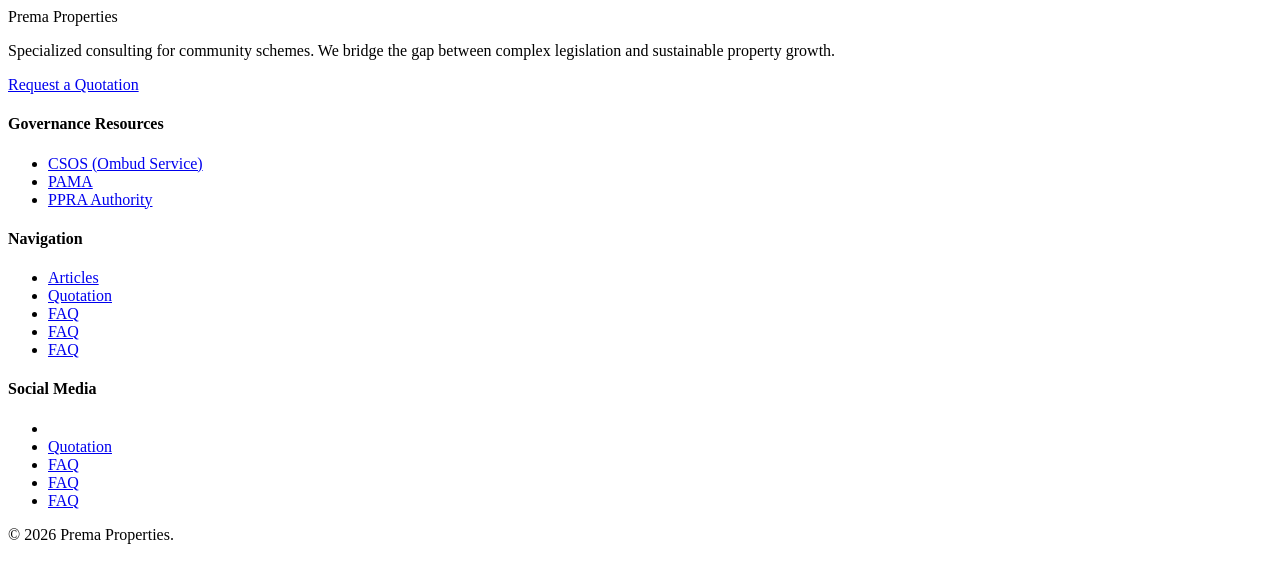
Repository: mnqobiMenzi/Prema-Properties
Page: footer.html
These files come from the project's save history. The page is drawn as it stood at one moment and after a run of saves; the edit follows.
The browser window is 1280 px wide. The pictures show the whole page.

Above is the page before, as saved 2026-02-10 12:17:11.

### footer.html
<!DOCTYPE html>
<html lang="en">
<head>
    <meta charset="UTF-8">
    <meta name="viewport" content="width=device-width, initial-scale=1.0">
    <title>Document</title>
</head>
<body>
    <footer class="main-footer">
  <div class="container footer-grid">
    <div class="footer-column brand-info">
      <div class="logo">Prema Properties</div>
      <p>Specialized consulting for community schemes. We bridge the gap between complex legislation and sustainable property growth.</p>
      <a href="quote.html" class="footer-cta-btn">Request a Quotation</a>
    </div>

    <div class="footer-column">
      <h4>Governance Resources</h4>
      <ul>
        <li><a href="https://www.csos.org.za/" target="_blank">CSOS (Ombud Service)</a></li>
        <li><a href="https://www.pama.org.za/" target="_blank">PAMA</a></li>
        <li><a href="https://www.eaab.org.za/" target="_blank">PPRA Authority</a></li>
      </ul>
    </div>

    <div class="footer-column">
      <h4>Navigation</h4>
      <ul>
        <li><a href="articles.html">Articles</a></li>
        <li><a href="quote.html">Quotation</a></li>
        <li><a href="FAQ.html">FAQ</a></li>
        <li><a href="about-us.html">FAQ</a></li>
        <li><a href="contact-us.html">FAQ</a></li>
      </ul>
    </div>
     <div class="footer-column">
      <h4>Social Media</h4>
      <ul>
        <li><a href="#"><iclass="fa fa-facebook" aria-hidden="true"></i></a></li>
        <li><a href="quote.html">Quotation</a></li>
        <li><a href="FAQ.html">FAQ</a></li>
        <li><a href="about-us.html">FAQ</a></li>
        <li><a href="contact-us.html">FAQ</a></li>
      </ul>
    </div>
  </div>
  <div class="footer-bottom">
    <div class="container"><p>&copy; 2026 Prema Properties.</p></div>
  </div>
</footer>
</body>
</html>

After the next 2 saves:
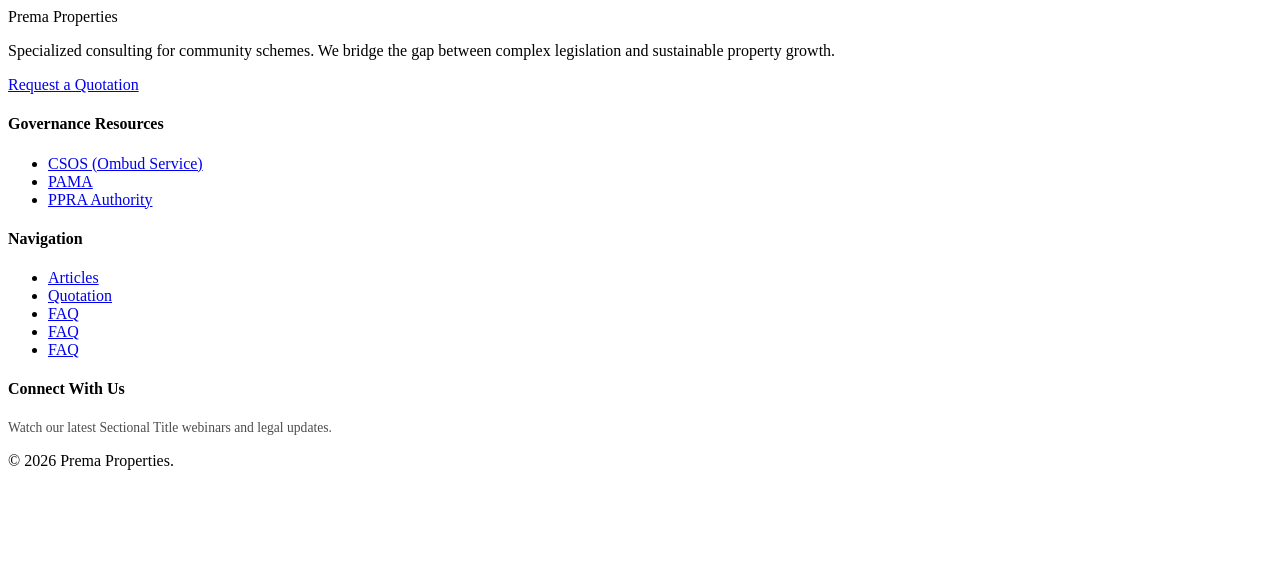
The 2 saves are shown as one change because they came seconds apart.
The last was saved 71 s later.
--- a/footer.html
+++ b/footer.html
@@ -33,16 +33,19 @@
         <li><a href="contact-us.html">FAQ</a></li>
       </ul>
     </div>
-     <div class="footer-column">
-      <h4>Social Media</h4>
-      <ul>
-        <li><a href="#"><iclass="fa fa-facebook" aria-hidden="true"></i></a></li>
-        <li><a href="quote.html">Quotation</a></li>
-        <li><a href="FAQ.html">FAQ</a></li>
-        <li><a href="about-us.html">FAQ</a></li>
-        <li><a href="contact-us.html">FAQ</a></li>
-      </ul>
-    </div>
+    <div class="footer-column">
+  <h4>Connect With Us</h4>
+  <p style="font-size: 0.85rem; margin-bottom: 15px; opacity: 0.7;">
+    Watch our latest Sectional Title webinars and legal updates.
+  </p>
+  <div class="social-icons">
+    <a href="#" target="_blank" title="Facebook"><i class="bi bi-facebook"></i></a>
+    <a href="#" target="_blank" title="LinkedIn"><i class="bi bi-linkedin"></i></a>
+    <a href="#" target="_blank" title="YouTube"><i class="bi bi-youtube"></i></a>
+    <a href="#" target="_blank" title="X (Twitter)"><i class="bi bi-twitter-x"></i></a>
+    <a href="#" target="_blank" title="WhatsApp"><i class="bi bi-whatsapp"></i></a>
+  </div>
+</div>
   </div>
   <div class="footer-bottom">
     <div class="container"><p>&copy; 2026 Prema Properties.</p></div>
